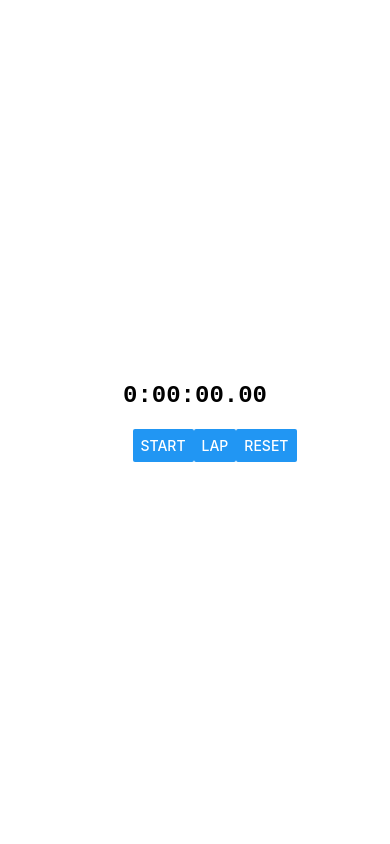
Repository: Shopify/eng-intern-assessment-react-native
Screen: /
These files come from the project's save history. The screen is drawn as it stood at one moment and after the next save; the edit follows.
The app was drawn by React Native's web renderer in a window 390 px wide. The project was rebuilt for these pictures with package versions that can differ from the ones it lists, and the page was loaded fresh each time.

Above is the screen before, as saved 2024-01-13 12:13:36.

After the next save:
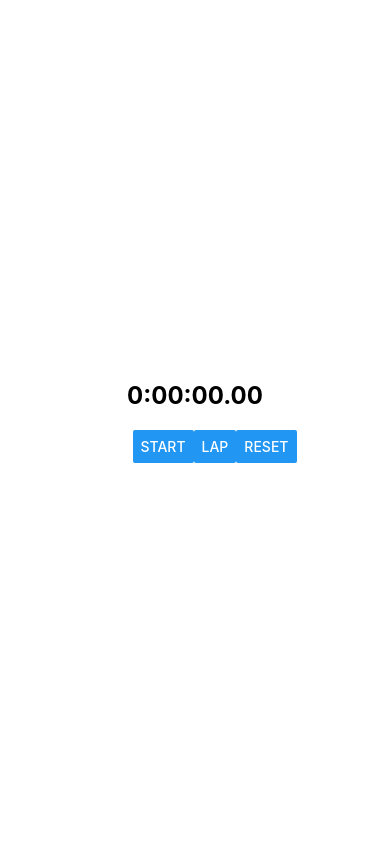
Saved 5 s later.
--- a/src/StopWatch.tsx
+++ b/src/StopWatch.tsx
@@ -72,7 +72,7 @@ const styles = StyleSheet.create({
   timerText: {
     fontSize: 24,
     fontWeight: 'bold',
-    fontFamily: 'monospace',
+    // fontFamily: 'monospace',
     textAlign: 'center', // Center align the text
   },
   lapText: {
